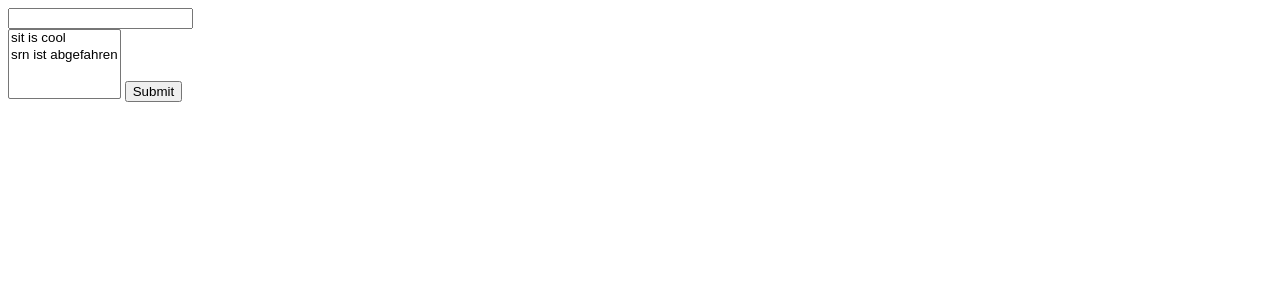
Repository: PhoenixxSC/sherlockholmessystems
Page: entwicklung/workspace/TestServlet/WebContent/index.html
These files come from the project's save history. The page is drawn as it stood at one moment and after the next save; the edit follows.
The browser window is 1280 px wide. The pictures show the whole page.

Above is the page before, as saved 2012-10-28 14:25:02.

### entwicklung/workspace/TestServlet/WebContent/index.html
<!DOCTYPE html PUBLIC "-//W3C//DTD HTML 4.01 Transitional//EN" "http://www.w3.org/TR/html4/loose.dtd">
<html>
<head>
<meta http-equiv="Content-Type" content="text/html; charset=ISO-8859-1">
<title>Test Web Application</title>
</head>
<body>
	<form action="SimpleServletPath" method="post">
		<input type="text" name="inputtest"/><br/>
		<select name="selecttest" multiple="multiple">
			<option value="sit is cool">sit is cool</option>
			<option value="srn ist abgefahren">srn ist abgefahren</option>
		</select>
		<input type="submit"/>
	</form>
</body>
</html>

After the next save:
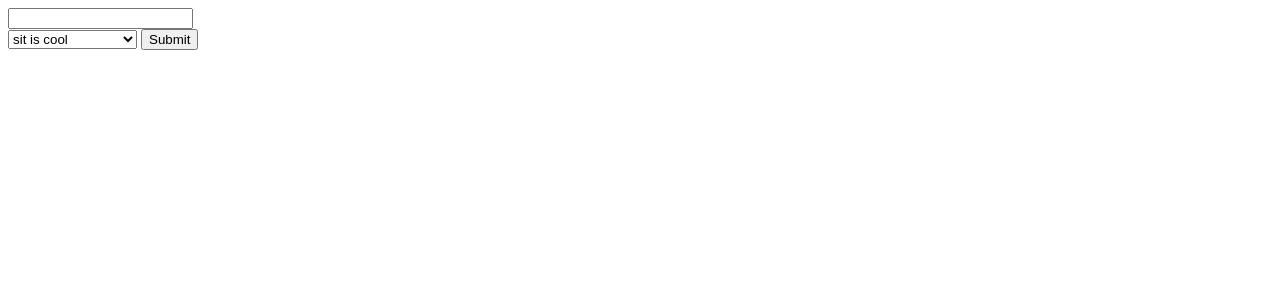
Saved 52 s later.
--- a/entwicklung/workspace/TestServlet/WebContent/index.html
+++ b/entwicklung/workspace/TestServlet/WebContent/index.html
@@ -7,7 +7,7 @@
 <body>
 	<form action="SimpleServletPath" method="post">
 		<input type="text" name="inputtest"/><br/>
-		<select name="selecttest" multiple="multiple">
+		<select name="selecttest">
 			<option value="sit is cool">sit is cool</option>
 			<option value="srn ist abgefahren">srn ist abgefahren</option>
 		</select>
